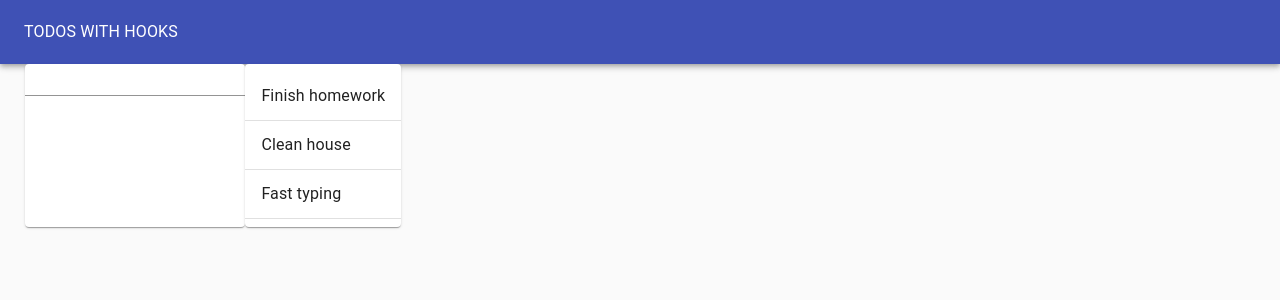
Repository: fulman/todo
Page: /
These files come from the project's save history. The page is drawn as it stood at one moment and after the next save; the edit follows.
The browser window is 1280 px wide. The pictures show the whole page.
The project was rebuilt for these pictures with package versions that can differ from the ones it lists, and the page was loaded fresh each time.

Above is the page before, as saved 2020-09-27 13:14:38.

### src/App.js
import React from "react";
import TodoApp from "./TodoApp";

function App() {
  return <TodoApp />;
}

export default App;

### src/TodoApp.js
import React, { useState } from "react";
import Typography from "@material-ui/core/Typography";
import Paper from "@material-ui/core/Paper";
import AppBar from "@material-ui/core/AppBar";
import Toolbar from "@material-ui/core/Toolbar";
import Grid from "@material-ui/core/Grid";
import TodoList from "./TodoList";
import TodoForm from "./TodoForm";

function TodoApp() {
  const initialTodos = [
    { id: 1, task: "Finish homework", completed: false },
    { id: 2, task: "Clean house", completed: true },
    { id: 3, task: "Fast typing", completed: false },
  ];
  const [todos, setTodos] = useState(initialTodos);
  const addTodo = (newTodoText) => {
    setTodos([...todos, { id: 4, task: newTodoText, completed: false }]);
  };
  return (
    <Paper
      style={{
        padding: 0,
        margin: 0,
        height: "100vh",
        backgroundColor: "#fafafa",
      }}
      elevation={0}
    >
      <AppBar color="primary" position="static" style={{ height: "64px" }}>
        <Toolbar>
          <Typography color="inherit">TODOS WITH HOOKS</Typography>
        </Toolbar>
      </AppBar>
      <Grid container xs={11} md={8} lg={4} justify="center">
        <TodoForm addTodo={addTodo} />
        <TodoList todos={todos} />
      </Grid>
    </Paper>
  );
}

export default TodoApp;

### src/TodoList.js
import React from "react";
import Paper from "@material-ui/core/Paper";
import List from "@material-ui/core/List";
import ListItem from "@material-ui/core/ListItem";
import ListItemText from "@material-ui/core/ListItemText";
import Divider from "@material-ui/core/Divider";

function TodoList(props) {
  return (
    <Paper>
      <List>
        {props.todos.map((todo) => (
          <>
            <ListItem>
              <ListItemText>{todo.task}</ListItemText>
            </ListItem>
            <Divider />
          </>
        ))}
      </List>
    </Paper>
  );
}

export default TodoList;

### src/TodoForm.js
import React from "react";
import Paper from "@material-ui/core/Paper";
import TextField from "@material-ui/core/TextField";
import useInputState from "./hooks/useInputState";

function TodoForm({ addTodo }) {
  const [value, handleChange, reset] = useInputState("");
  return (
    <Paper>
      <form
        onSubmit={(e) => {
          e.preventDefault();
          addTodo(value);
          reset();
        }}
      >
        <TextField value={value} onChange={handleChange} />
      </form>
    </Paper>
  );
}
export default TodoForm;

### src/hooks/useInputState.js
import { useState } from "react";

export default (initialValue) => {
  const [value, setValue] = useState(initialValue);
  const handleChange = (e) => {
    setValue(e.target.value);
  };
  const reset = () => {
    setValue("");
  };
  return [value, handleChange, reset];
};

Loaded but not shown: public/index.html (common file); src/index.js (common file); src/index.css (common file); src/serviceWorker.js (common file)

After the next save:
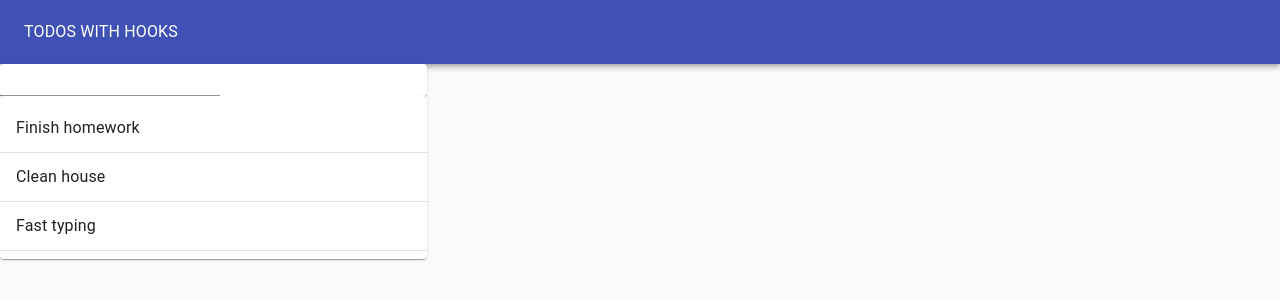
Saved 50 s later.
--- a/src/TodoApp.js
+++ b/src/TodoApp.js
@@ -32,9 +32,11 @@ function TodoApp() {
           <Typography color="inherit">TODOS WITH HOOKS</Typography>
         </Toolbar>
       </AppBar>
-      <Grid container xs={11} md={8} lg={4} justify="center">
-        <TodoForm addTodo={addTodo} />
-        <TodoList todos={todos} />
+      <Grid container>
+        <Grid xs={11} md={8} lg={4} justify="center">
+          <TodoForm addTodo={addTodo} />
+          <TodoList todos={todos} />
+        </Grid>
       </Grid>
     </Paper>
   );
